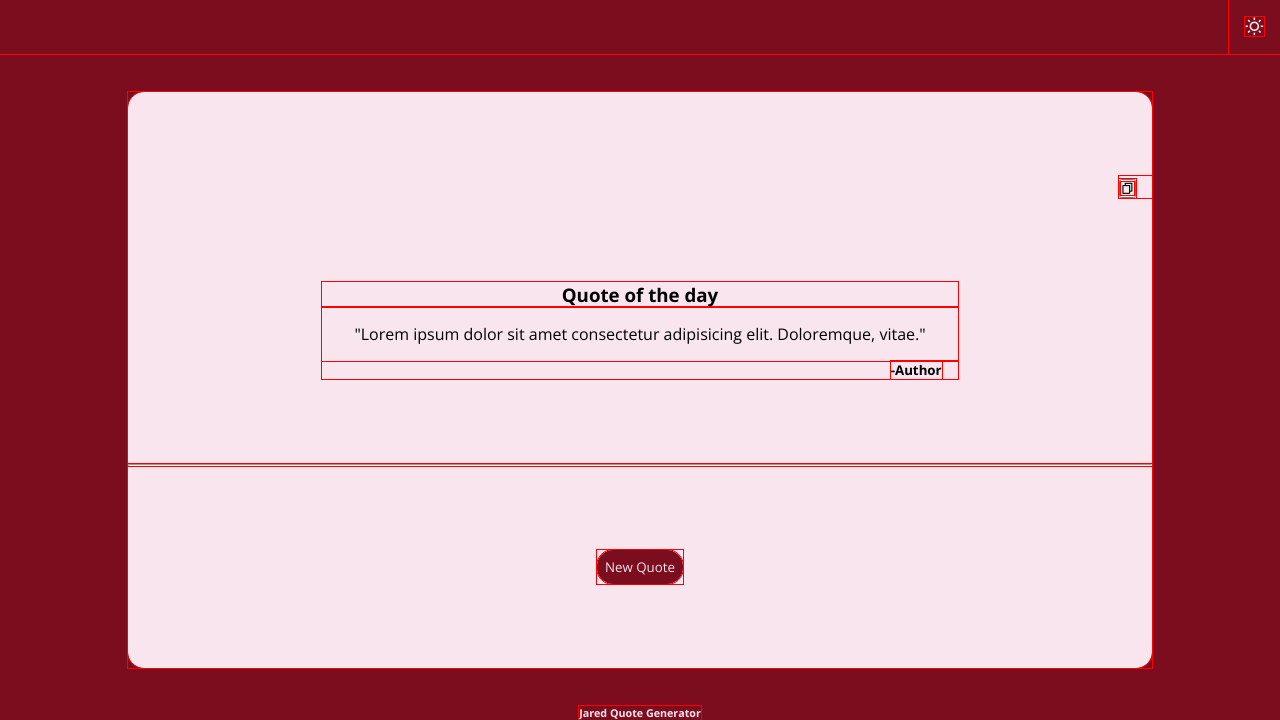
Repository: EguJaredoBoyd/Jared-Quote-Generator
Page: html/main.html
An editor plug-in stored every save of this project. The page is shown before and after the next save, followed by the edit.
The browser window is 1280 px wide. The pictures show the whole page.
Some web libraries are served in a nearby version.

Above is the page before, as saved 2026-01-09 20:34:46.

After the next save:
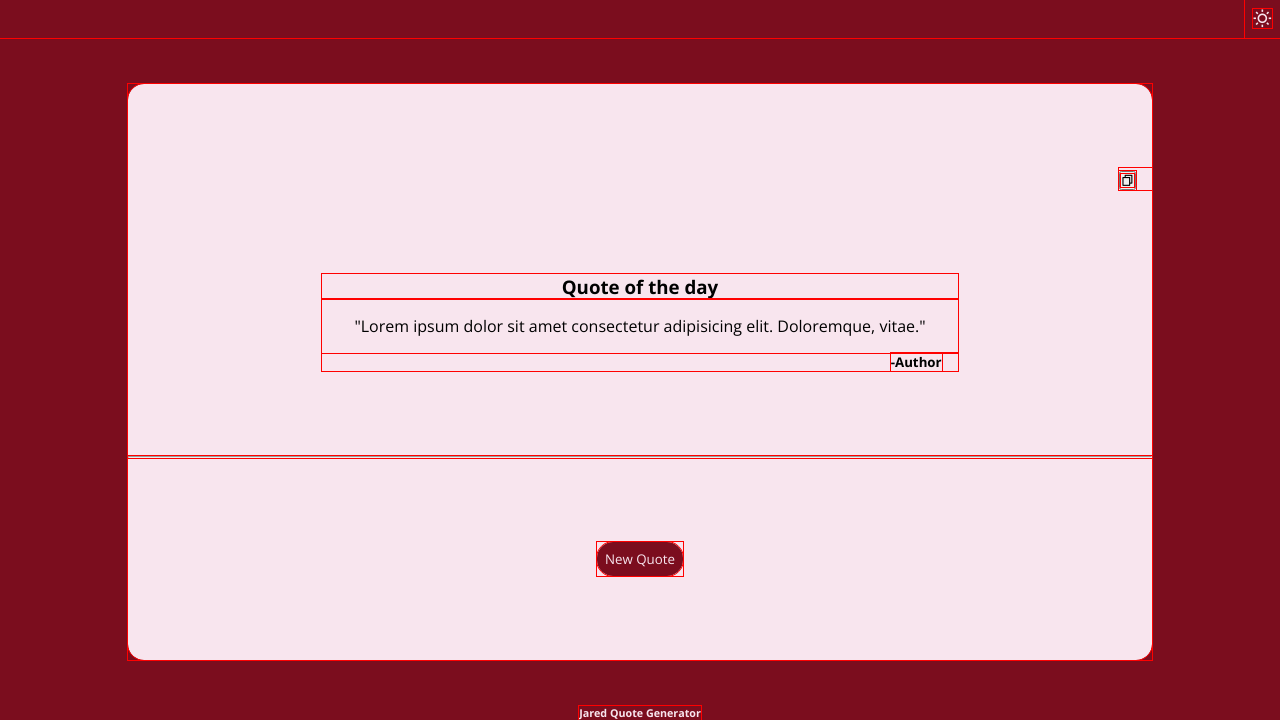
Saved 18 s later.
--- a/css/style.css
+++ b/css/style.css
@@ -48,7 +48,7 @@ header button {
   background: none;
   color: var(--card-color);
   font-size: larger;
-  padding: 1rem;
+  padding: 0.5rem;
 }
 
 .quote-container {
